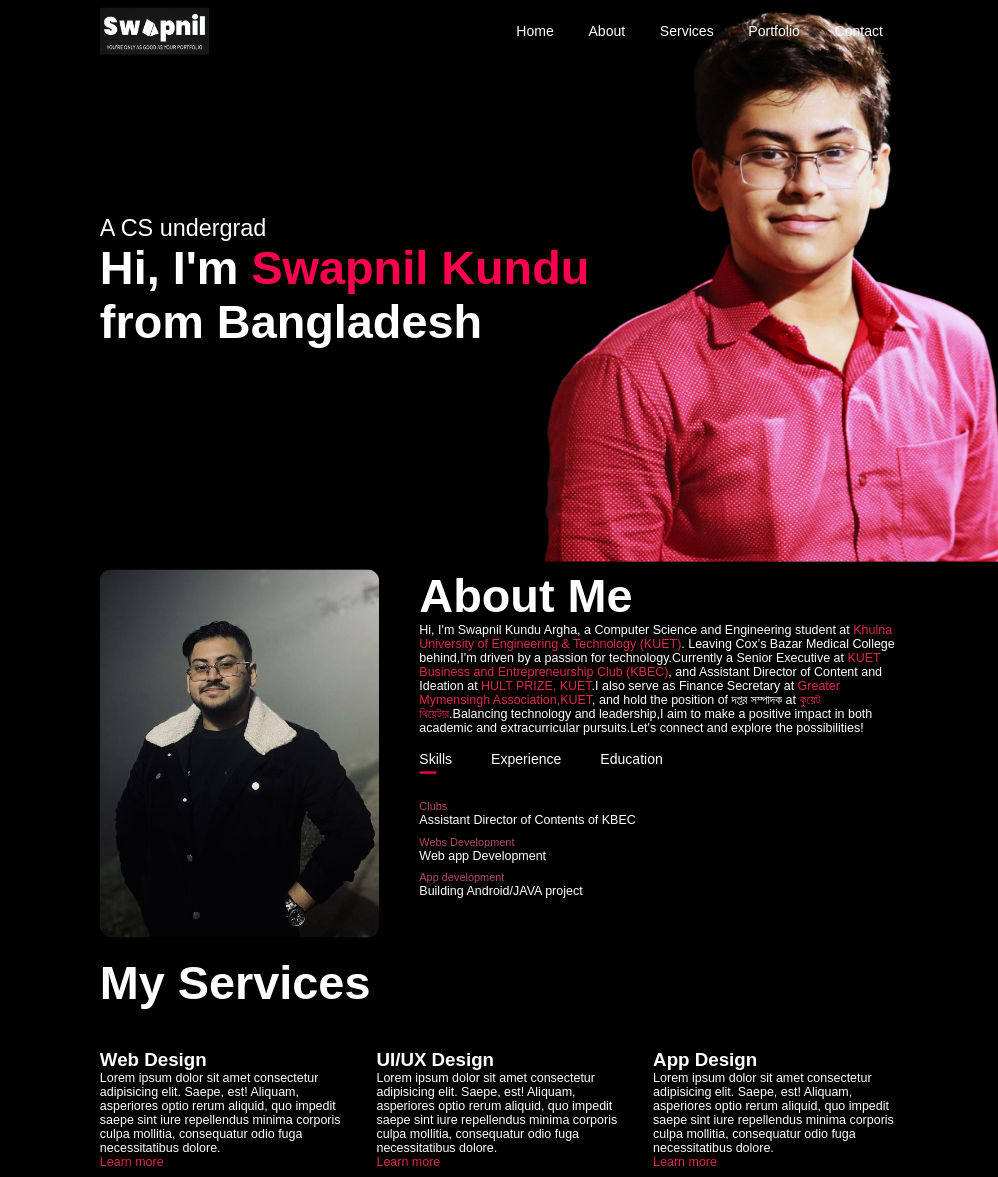
Repository: SwapnilKundu/portfolio
Page: index.html
These files come from the project's save history. The page is drawn as it stood at one moment and after the next save; the edit follows.
The browser window is 1280 px wide. The pictures show the whole page, at 78% of full size.

Above is the page before, as saved 2024-01-20 00:50:46.

After the next save:
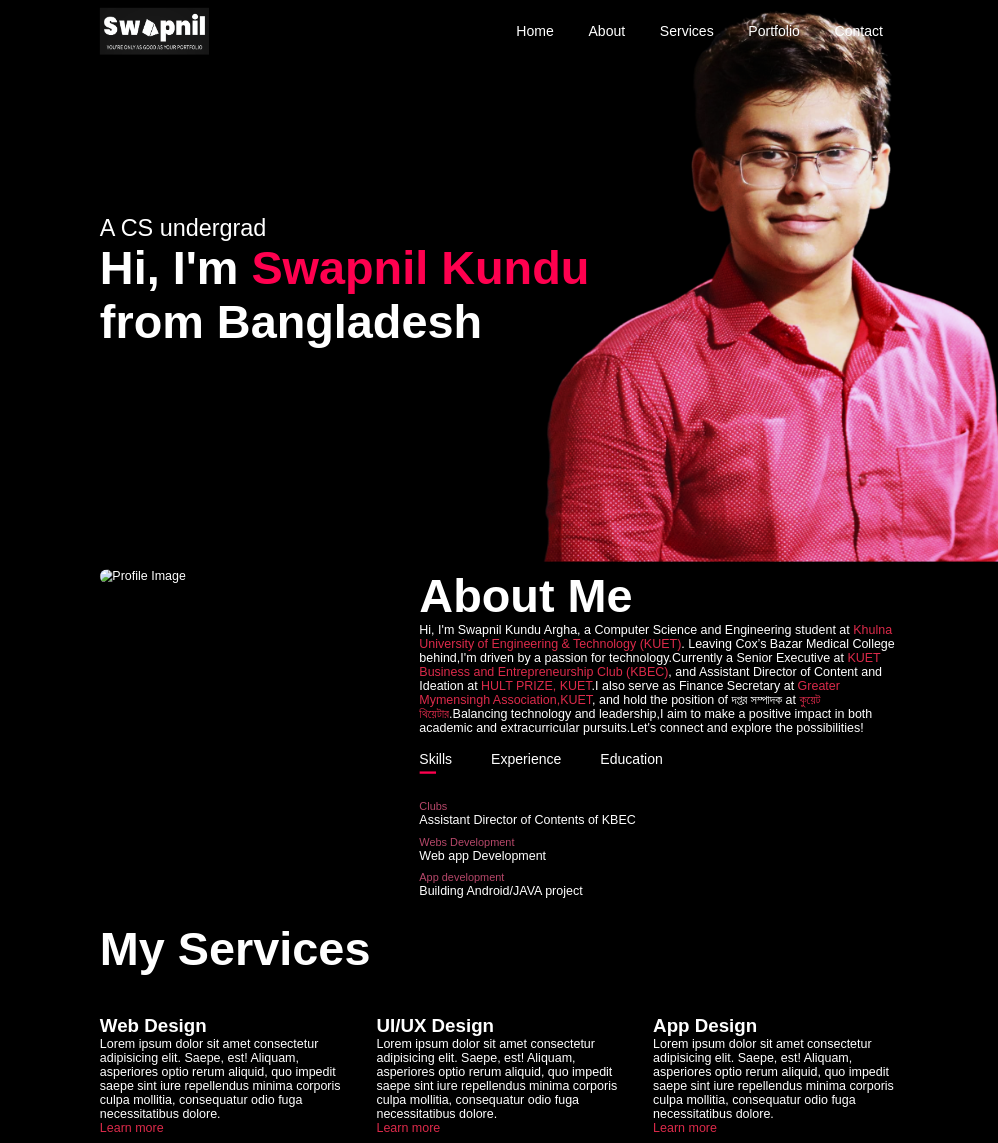
Not found: images/About.jpg
Saved 5 min 36 s later.
--- a/index.html
+++ b/index.html
@@ -29,7 +29,7 @@
     <div class="container">
         <div class="row">
             <div class="about-col-1">
-                <img src="images/Aboutme3.jpg" alt="Profile Image">
+                <img src="images/About.jpg" alt="Profile Image">
             </div>
             <div class="about-col-2">
                 <h1 class="sub-title">About Me</h1>
